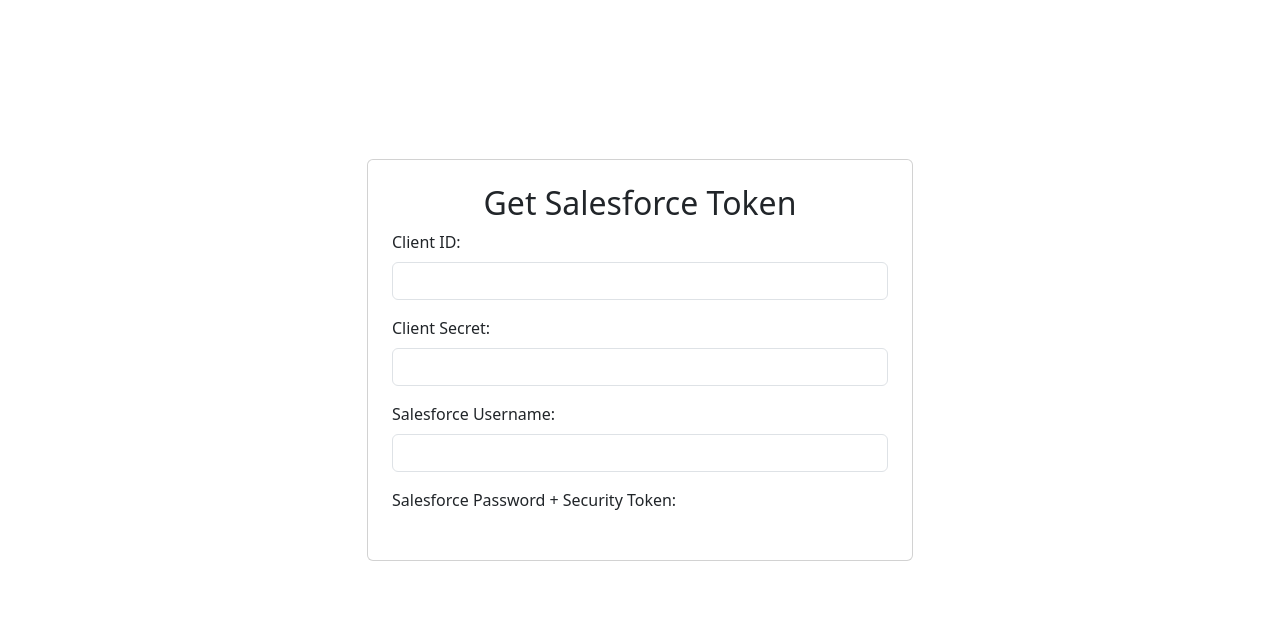
Repository: parveen95887/salesforceTest
Page: index.html
An editor plug-in stored every save of this project. The page is shown before and after the next save, followed by the edit.
The browser window is 1280 px wide. The pictures show the whole page.

Above is the page before, as saved 2024-09-06 10:58:05.

After the next save:
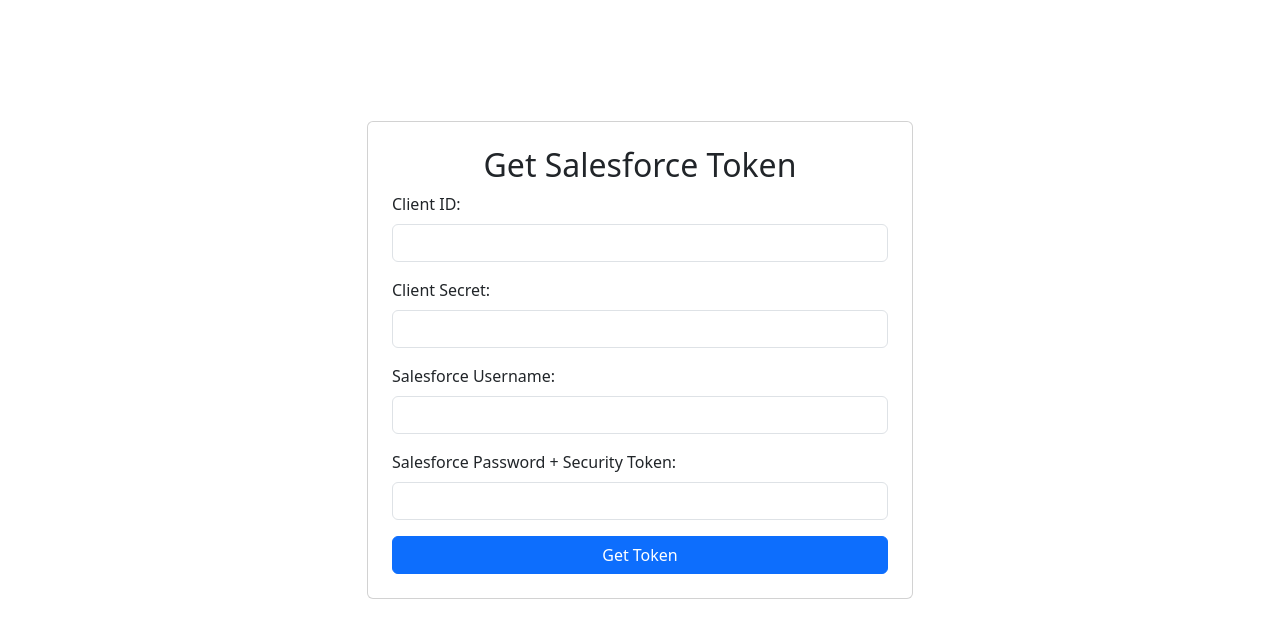
Saved 2 min 32 s later.
--- a/index.html
+++ b/index.html
@@ -33,3 +33,42 @@
 
                         <div class="mb-3">
                             <label for="password" class="form-label">Salesforce Password + Security Token:</label>
+                            <input type="password" class="form-control" id="password" name="password" required>
+                        </div>
+
+                        <div class="d-grid">
+                            <button type="submit" class="btn btn-primary">Get Token</button>
+                        </div>
+                    </form>
+                </div>
+            </div>
+        </div>
+    </div>
+
+    <!-- Bootstrap JS (Optional) -->
+    <script src="https://cdn.jsdelivr.net/npm/bootstrap@5.3.0-alpha1/dist/js/bootstrap.bundle.min.js"></script>
+    <script>
+        document.getElementById('oauthForm').addEventListener('submit', function(event) {
+            event.preventDefault();
+
+            const formData = new FormData(event.target);
+
+            fetch('https://login.salesforce.com/services/oauth2/token', {
+                method: 'POST',
+                body: new URLSearchParams(formData)
+            })
+            .then(response => response.json())
+            .then(data => {
+                if (data.access_token) {
+                    console.log('Access Token:', data.access_token);
+                    alert('Access Token Retrieved: ' + data.access_token);
+                } else {
+                    console.error('Error:', data);
+                    alert('Error retrieving token: ' + JSON.stringify(data));
+                }
+            })
+            .catch(error => console.error('Fetch error:', error));
+        });
+    </script>
+</body>
+</html>
